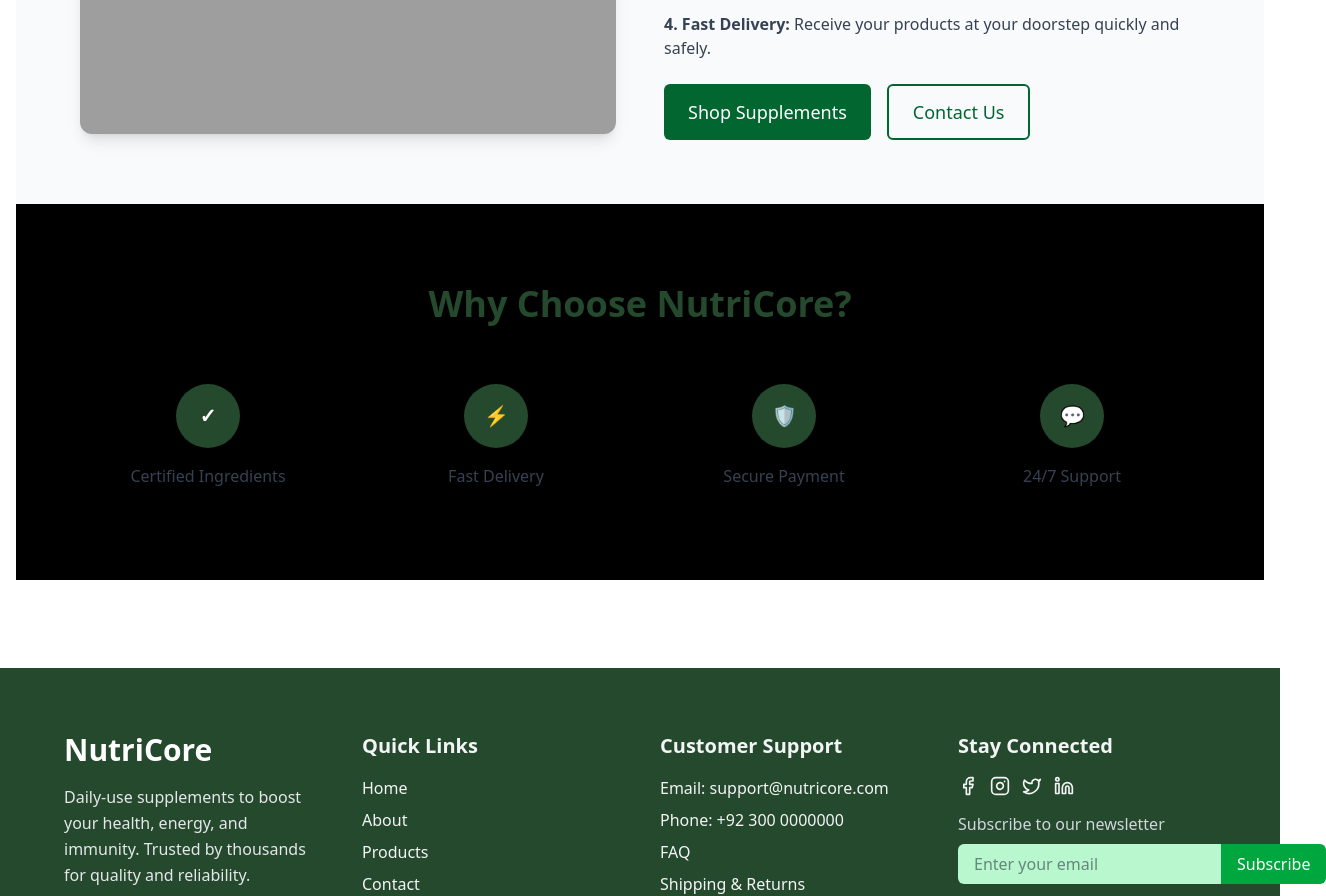
Repository: A-Nawaz512/NutriCore
Page: /about (app in frontend/)
An editor plug-in stored every save of this project. The page is shown before and after the next save, followed by the edit.
The browser window is 1280 px wide. The page is 1326 px wide, so the pictures cover 1326 px, including what lies to the right of the window. The pictures show the part of the page from y = 1200 to 2096 px (the page is 2261 px tall before and 2181 px after).
Pictures or frames that could not be fetched are drawn as grey boxes. The project was rebuilt for these pictures with package versions that can differ from the ones it lists, and the page was loaded fresh each time. Also part of the build but not shown: frontend/vite.config.ts.

Above is the page before, as saved 2026-02-18 16:13:15.

### frontend/src/main.tsx
import { StrictMode } from 'react'
import { createRoot } from 'react-dom/client'
import './index.css'
import App from './App.tsx'
import {BrowserRouter} from "react-router-dom"

createRoot(document.getElementById('root')!).render(
  <StrictMode>
     <BrowserRouter>
      <App />
    </BrowserRouter>
  </StrictMode>,
)

### frontend/src/App.tsx
import AppRouter from "./app/router/AppRouter"

function App() {
  return <AppRouter />
}

export default App

### frontend/src/app/router/AppRouter.tsx
import { Routes, Route } from "react-router-dom"
import { lazy, Suspense } from "react"

import MainLayout from "../../shared/components/layout/MainLayout"
// import AdminLayout from "@/shared/components/layout/AdminLayout"
// import ProtectedRoute from "./ProtectedRoute"
// import AdminRoute from "./AdminRoute"

const HomePage = lazy(() => import("../../features/home/pages/HomePage"))
const AboutPage = lazy(() => import("../../features/about/pages/AboutPage"))
const ProductsPage = lazy(() => import("../../features/products/pages/ProductsPage"))
const ContactPage = lazy(() => import("../../features/contact/pages/ContactPage"))
const LoginPage = lazy(() => import("../../features/auth/pages/LoginPage"))
const SignupPage = lazy(() => import("../../features/auth/pages/SignupPage"))
// const DashboardPage = lazy(() => import("@/features/admin/pages/DashboardPage"))

const AppRouter = () => {
  return (
    <Suspense fallback={<div>Loading...</div>}>
      <Routes>
        {/* Public Layout */}
        <Route element={<MainLayout />}>
          <Route path="/" element={<HomePage />} />
          <Route path="/about" element={<AboutPage />} />
          <Route path="/products" element={<ProductsPage />} />
          <Route path="/contact" element={<ContactPage />} />
        </Route>

        {/* Auth */}
        <Route path="/login" element={<LoginPage />} />
        <Route path="/signup" element={<SignupPage />} />

        {/* Protected Admin */}
        {/* <Route element={<ProtectedRoute />}>
          <Route element={<AdminRoute />}>
            <Route element={<AdminLayout />}>
              <Route path="/admin/dashboard" element={<DashboardPage />} />
            </Route>
          </Route>
        </Route> */}
      </Routes>
    </Suspense>
  )
}

export default AppRouter

### frontend/src/shared/components/layout/MainLayout.tsx
import { Outlet } from "react-router-dom"
import Header from "./Header"
import Footer from "./Footer"

const MainLayout = () => {
  return (
    <div className="min-h-screen flex flex-col bg-white">
      <Header />
      <main className="flex-1 container mx-auto px-4 py-6">
        <Outlet />
      </main>
      <Footer />
    </div>
  )
}

export default MainLayout

### frontend/src/features/about/pages/AboutPage.tsx
import { FC } from "react"
import Button from "../../../shared/components/ui/Button"
import Featured01 from "../../../assets/Home/Featured01.jpg"
import HeroSection from "../components/HeroSection"
import FeaturesSection from "../components/FeaturesSection"

const AboutSection: FC = () => {
  return (
    <>
      <HeroSection />
      <section className="py-16 bg-gray-50">
        <div className="container mx-auto px-6 md:px-16 flex flex-col lg:flex-row items-center gap-12">
          {/* Left Image */}
          <div className="lg:w-1/2 w-full h-64 sm:h-96 md:h-[500px] lg:h-[600px] relative">
            <img
              src={Featured01}
              alt="NutriCore Supplements"
              className="rounded-xl shadow-lg w-full h-full object-cover"
            />
          </div>

          {/* Right Content */}
          <div className="lg:w-1/2 w-full flex flex-col justify-center text-center lg:text-left">
            <h2 className="text-3xl sm:text-4xl md:text-5xl font-bold text-[#25492D] mb-6">
              Discover NutriCore Supplements
            </h2>
            <p className="text-gray-700 text-base sm:text-lg md:text-xl mb-6">
              At NutriCore, we provide <strong>high-quality daily supplements</strong> for energy, immunity, and overall wellness. Each product is <strong>carefully formulated</strong> to help you maintain a healthy lifestyle.
            </p>

            {/* How to Purchase */}
            <div className="mb-6">
              <h3 className="text-xl sm:text-2xl font-semibold text-[#25492D] mb-4">
                How to Purchase
              </h3>
              <ul className="space-y-2 sm:space-y-3 text-gray-700 text-sm sm:text-base">
                <li>
                  <span className="font-semibold">1. Browse Products:</span> Explore our curated selection of vitamins, protein powders, and wellness boosters.
                </li>
                <li>
                  <span className="font-semibold">2. Add to Cart:</span> Choose the quantity and add your supplements to the cart.
                </li>
                <li>
                  <span className="font-semibold">3. Checkout Securely:</span> Complete your order with our fast, secure payment process.
                </li>
                <li>
                  <span className="font-semibold">4. Fast Delivery:</span> Receive your products at your doorstep quickly and safely.
                </li>
              </ul>
            </div>

            {/* Call-to-Action */}
            <div className="flex flex-col sm:flex-row gap-4 justify-center lg:justify-start">
              <Button
                variant="primary"
                size="lg"
                onClick={() => (window.location.href = "/products")}
              >
                Shop Supplements
              </Button>
              <Button
                variant="outline"
                size="lg"
                onClick={() => (window.location.href = "/contact")}
              >
                Contact Us
              </Button>
            </div>
          </div>
        </div>
      </section>


      <FeaturesSection />
    </>
  )
}

export default AboutSection

### frontend/src/shared/components/layout/Header.tsx
import { FC, useState } from "react"
import { Link } from "react-router-dom"
import { ShoppingCart, Menu, X } from "lucide-react"
import Button from "../ui/Button"
import Badge from "../ui/Badge"

const Header: FC = () => {
  const [isMobileMenuOpen, setIsMobileMenuOpen] = useState(false)

  const navLinks = [
    { name: "Home", path: "/" },
    { name: "About", path: "/about" },
    { name: "Products", path: "/products" },
    { name: "Contact", path: "/contact" },
  ]

  return (
    <header className="bg-white shadow-md">
      <div className="container mx-auto flex items-center justify-between p-4">
        {/* Logo */}
        <Link to="/" className="text-2xl font-bold text-green-800">
          NutriCore
        </Link>

        {/* Desktop Navigation */}
        <nav className="hidden md:flex space-x-3">
          {navLinks.map(link => (
            <Link
              key={link.name}
              to={link.path}
              className="text-gray-700 hover:bg-green-800 hover:text-white rounded px-3 py-1 font-medium transition"
            >
              {link.name}
            </Link>
          ))}
        </nav>

        {/* Cart + Auth Buttons */}
        <div className="flex items-center space-x-4">
          <Link to="/cart" className="relative flex ">
            <ShoppingCart size={24} className="text-gray-700 hover:text-green-800 transition" />
            <Badge color="green" className="absolute -top-2 -right-2">
              2
            </Badge>
          </Link>
          <Link to="/login"><Button variant="outline" size="sm">
            Login
          </Button></Link>
        </div>

        {/* Mobile Menu Toggle */}
        <div className="md:hidden">
          <button onClick={() => setIsMobileMenuOpen(prev => !prev)}>
            {isMobileMenuOpen ? <X size={24} /> : <Menu size={24} />}
          </button>
        </div>
      </div>

      {/* Mobile Menu */}
      {isMobileMenuOpen && (
        <div className="md:hidden bg-white shadow-md">
          {navLinks.map(link => (
            <Link
              key={link.name}
              to={link.path}
              className="block px-4 py-2 text-gray-700 hover:bg-gray-100 transition"
              onClick={() => setIsMobileMenuOpen(false)}
            >
              {link.name}
            </Link>
          ))}
        </div>
      )}
    </header>
  )
}

export default Header

### frontend/src/shared/components/layout/Footer.tsx
import { FC } from "react"
import { Link } from "react-router-dom"
import Badge from "../ui/Badge"
import { Facebook, Instagram, Twitter, Linkedin } from "lucide-react"

const Footer: FC = () => {
  return (
    <footer className="bg-[#25492D] text-gray-100 mt-16">
      <div className="container mx-auto py-16 px-8 md:px-16 grid md:grid-cols-4 gap-10">
        {/* Branding */}
        <div className="space-y-4">
          <h2 className="text-3xl font-bold text-white">NutriCore</h2>
          <p className="text-gray-200 leading-relaxed">
            Daily-use supplements to boost your health, energy, and immunity.
            Trusted by thousands for quality and reliability.
          </p>
          <div className="flex space-x-3 mt-2">
            <Badge color="green" className="rounded-md px-3 py-1 text-sm">Secure Payment</Badge>
            <Badge color="yellow" className="rounded-md px-3 py-1 text-sm">Certified</Badge>
          </div>
        </div>

        {/* Quick Links */}
        <div>
          <h3 className="text-xl font-semibold mb-4">Quick Links</h3>
          <ul className="space-y-2">
            <li>
              <Link to="/" className="hover:text-green-300 transition-colors duration-200">Home</Link>
            </li>
            <li>
              <Link to="/about" className="hover:text-green-300 transition-colors duration-200">About</Link>
            </li>
            <li>
              <Link to="/products" className="hover:text-green-300 transition-colors duration-200">Products</Link>
            </li>
            <li>
              <Link to="/contact" className="hover:text-green-300 transition-colors duration-200">Contact</Link>
            </li>
          </ul>
        </div>

        {/* Support / Contact */}
        <div>
          <h3 className="text-xl font-semibold mb-4">Customer Support</h3>
          <ul className="space-y-2">
            <li>Email: support@nutricore.com</li>
            <li>Phone: +92 300 0000000</li>
            <li>FAQ</li>
            <li>Shipping & Returns</li>
          </ul>
        </div>

        {/* Social + Newsletter */}
        <div className="space-y-4">
          <h3 className="text-xl font-semibold mb-4">Stay Connected</h3>
          <div className="flex space-x-3">
            <Link className="hover:text-green-300 transition-colors duration-200">
              <Facebook size={20} />
            </Link>
            <Link className="hover:text-green-300 transition-colors duration-200">
              <Instagram size={20} />
            </Link>
            <Link className="hover:text-green-300 transition-colors duration-200">
              <Twitter size={20} />
            </Link>
            <Link className="hover:text-green-300 transition-colors duration-200">
              <Linkedin size={20} />
            </Link>
          </div>
          <div className="mt-4">
            <p className="text-gray-300 mb-2">Subscribe to our newsletter</p>
            <div className="flex">
              <input
                type="email"
                placeholder="Enter your email"
                className="flex-1 px-4 py-2 bg-green-200 rounded-l-md focus:outline-none text-gray-900"
              />
              <button className="bg-green-600 hover:bg-green-700 px-4 py-2 rounded-r-md text-white transition-colors">
                Subscribe
              </button>
            </div>
          </div>
        </div>
      </div>

      <div className="border-t border-green-700 text-center py-6 text-gray-300 text-sm">
        &copy; {new Date().getFullYear()} NutriCore. All rights reserved.
      </div>
    </footer>
  )
}

export default Footer

### frontend/src/shared/components/ui/Button.tsx
import { ButtonHTMLAttributes, FC, ReactNode } from "react"
import clsx from "clsx"
import { motion } from "framer-motion"

interface ButtonProps extends ButtonHTMLAttributes<HTMLButtonElement> {
  variant?: "primary" | "secondary" | "outline"
  size?: "sm" | "md" | "lg"
  children: ReactNode
}

const Button: FC<ButtonProps> = ({
  variant = "primary",
  size = "md",
  children,
  className,
  ...props
}) => {
  const baseClasses =
    "font-medium rounded-md transition-all duration-200 focus:outline-none focus:ring-2 focus:ring-offset-2 flex items-center justify-center"

  const variantClasses = clsx({
    "bg-green-800 text-white hover:bg-green-700 focus:ring-green-500 cursor-pointer": variant === "primary",
    "bg-gray-100 text-gray-900 hover:bg-gray-200 focus:ring-gray-400 cursor-pointer": variant === "secondary",
    "border-2 border-green-800 text-green-800 hover:text-white cursor-pointer hover:bg-green-800 focus:ring-green-500": variant === "outline"
  })

  const sizeClasses = clsx({
    "px-3 py-1 text-sm": size === "sm",
    "px-4 py-2 text-md": size === "md",
    "px-6 py-3 text-lg": size === "lg"
  })

  return (
    <motion.button
      whileTap={{ scale: 0.95 }}
      className={clsx(baseClasses, variantClasses, sizeClasses, className)}
      {...props}
    >
      {children}
    </motion.button>
  )
}

export default Button

### frontend/src/features/about/components/FeaturesSection.tsx
import { FC } from "react"

const FeaturesSection: FC = () => (
  <section className="py-5 sm:py-20 bg-black">
    <div className="container mx-auto px-4 sm:px-6 md:px-16 text-center">
      <h2 className="text-2xl sm:text-3xl md:text-4xl font-bold text-[#25492D] mb-12">
        Why Choose NutriCore?
      </h2>

      <div className="grid grid-cols-2 sm:grid-cols-2 md:grid-cols-4 gap-8">
        {/* Feature 1 */}
        <div className="flex hover:shadow-2xl p-3 rounded-2xl flex-col items-center transition transform hover:-translate-y-1 duration-300">
          <div className="bg-[#25492D] text-white w-12 h-12 sm:w-16 sm:h-16 flex items-center justify-center rounded-full mb-4 font-bold text-lg sm:text-xl">
            ✓
          </div>
          <p className="font-medium text-gray-700 text-sm sm:text-base">Certified Ingredients</p>
        </div>

        {/* Feature 2 */}
        <div className="flex flex-col hover:shadow-2xl p-3 rounded-2xl items-center transition transform hover:-translate-y-1 duration-300">
          <div className="bg-[#25492D] text-white w-12 h-12 sm:w-16 sm:h-16 flex items-center justify-center rounded-full mb-4 font-bold text-lg sm:text-xl">
            ⚡
          </div>
          <p className="font-medium text-gray-700 text-sm sm:text-base">Fast Delivery</p>
        </div>

        {/* Feature 3 */}
        <div className="flex flex-col hover:shadow-2xl p-3 rounded-2xl items-center transition transform hover:-translate-y-1 duration-300">
          <div className="bg-[#25492D] text-white w-12 h-12 sm:w-16 sm:h-16 flex items-center justify-center rounded-full mb-4 font-bold text-lg sm:text-xl">
            🛡️
          </div>
          <p className="font-medium text-gray-700 text-sm sm:text-base">Secure Payment</p>
        </div>

        {/* Feature 4 */}
        <div className="flex flex-col hover:shadow-2xl p-3 rounded-2xl items-center transition transform hover:-translate-y-1 duration-300">
          <div className="bg-[#25492D] text-white w-12 h-12 sm:w-16 sm:h-16 flex items-center justify-center rounded-full mb-4 font-bold text-lg sm:text-xl">
            💬
          </div>
          <p className="font-medium text-gray-700 text-sm sm:text-base">24/7 Support</p>
        </div>
      </div>
    </div>
  </section>
)

export default FeaturesSection

### frontend/src/shared/components/ui/Badge.tsx
import { FC, ReactNode } from "react"
import clsx from "clsx"

interface BadgeProps {
  children: ReactNode
  color?: "blue" | "green" | "red" | "gray"
}

const Badge: FC<BadgeProps> = ({ children, color = "gray" }) => {
  const colors = clsx({
    "bg-blue-100 text-blue-800": color === "blue",
    "bg-green-100 text-green-800": color === "green",
    "bg-red-100 text-red-800": color === "red",
    "bg-gray-100 text-gray-800": color === "gray",
  })

  return <span className={clsx("px-2 py-1 text-xs rounded-full font-semibold", colors)}>{children}</span>
}

export default Badge

Loaded but not shown: frontend/index.html (common file); frontend/src/index.css (common file); frontend/src/features/about/components/HeroSection.tsx (119 lines, source omitted)

After the next save:
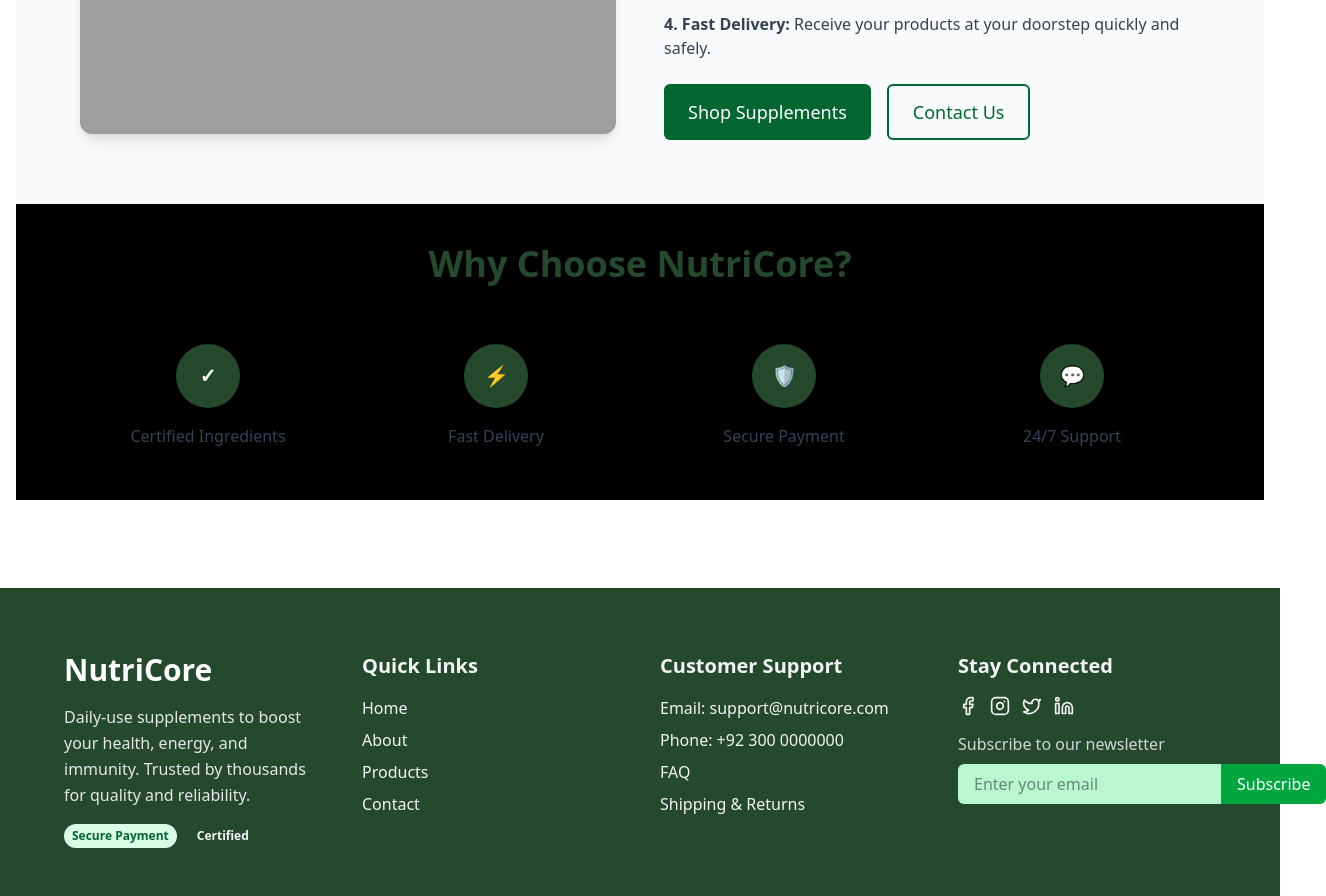
Saved 18 s later.
--- a/frontend/src/features/about/components/FeaturesSection.tsx
+++ b/frontend/src/features/about/components/FeaturesSection.tsx
@@ -1,7 +1,7 @@
 import { FC } from "react"
 
 const FeaturesSection: FC = () => (
-  <section className="py-5 sm:py-20 bg-black">
+  <section className="py-5 sm:py-10 bg-black">
     <div className="container mx-auto px-4 sm:px-6 md:px-16 text-center">
       <h2 className="text-2xl sm:text-3xl md:text-4xl font-bold text-[#25492D] mb-12">
         Why Choose NutriCore?

After the save that followed:
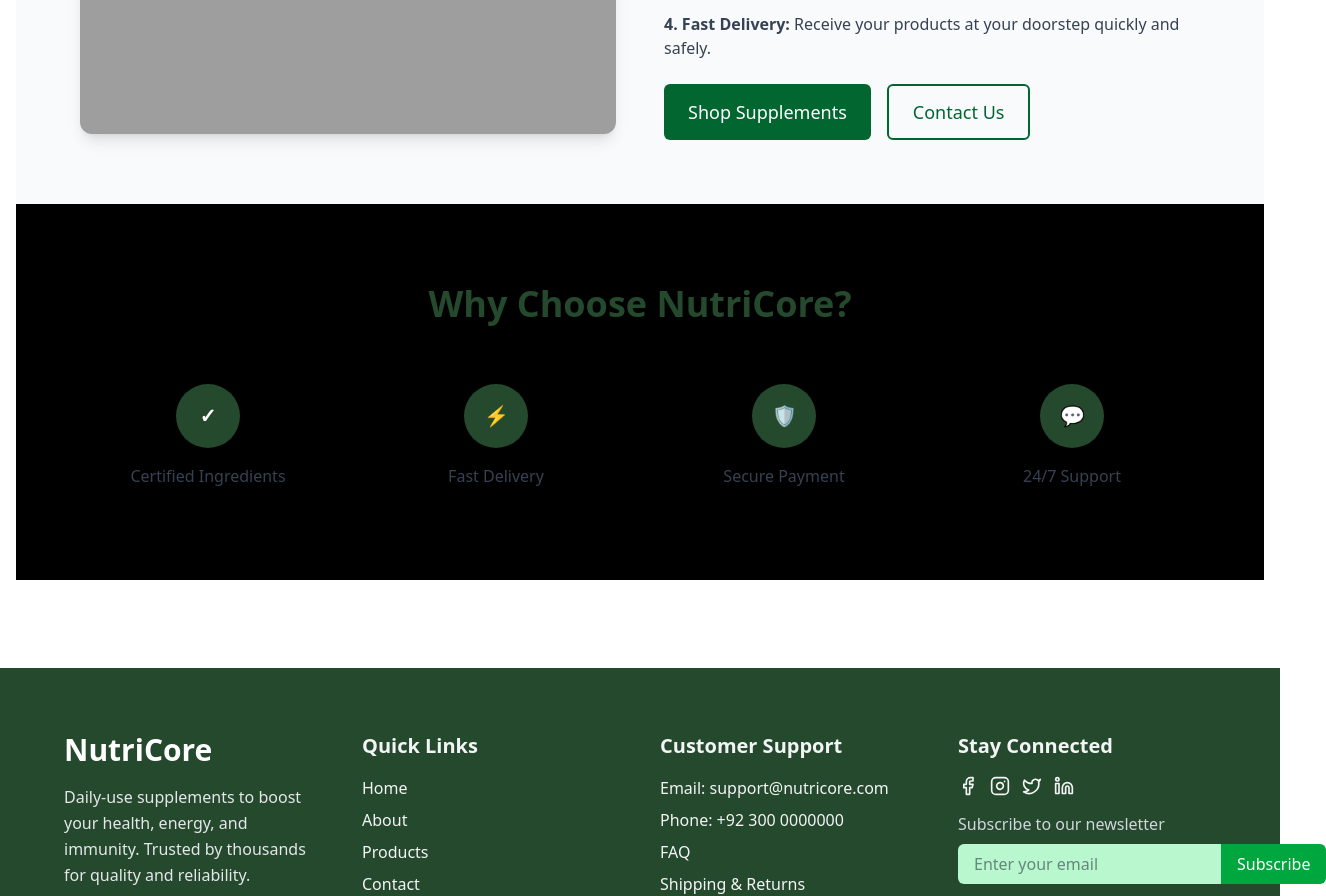
Saved 8 s later.
--- a/frontend/src/features/about/components/FeaturesSection.tsx
+++ b/frontend/src/features/about/components/FeaturesSection.tsx
@@ -1,7 +1,7 @@
 import { FC } from "react"
 
 const FeaturesSection: FC = () => (
-  <section className="py-5 sm:py-10 bg-black">
+  <section className="py-5 sm:py-20 bg-black">
     <div className="container mx-auto px-4 sm:px-6 md:px-16 text-center">
       <h2 className="text-2xl sm:text-3xl md:text-4xl font-bold text-[#25492D] mb-12">
         Why Choose NutriCore?
